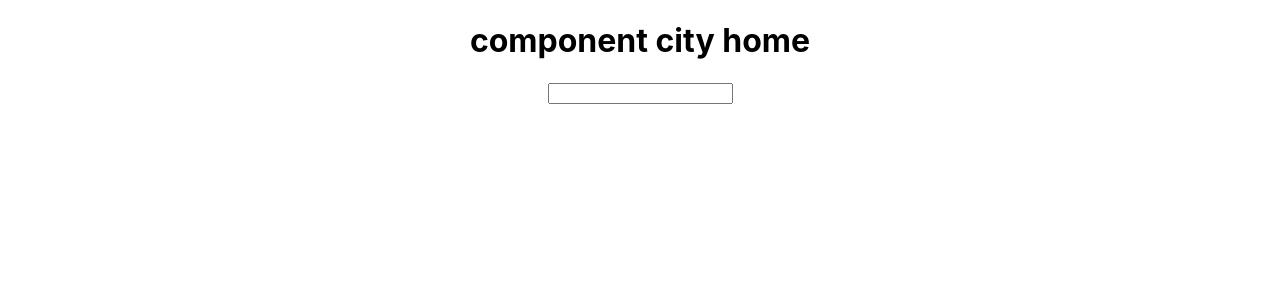
Repository: julieLyM/app-weather
Page: / (app in client/)
The author's editor kept a copy of each file at every save. The page is drawn from the files as they stood at one save, then again after the next save.
The browser window is 1280 px wide. The pictures show the whole page.
The project was rebuilt for these pictures with package versions that can differ from the ones it lists, and the page was loaded fresh each time.

Above is the page before, as saved 2020-08-28 10:08:11.

After the next save:
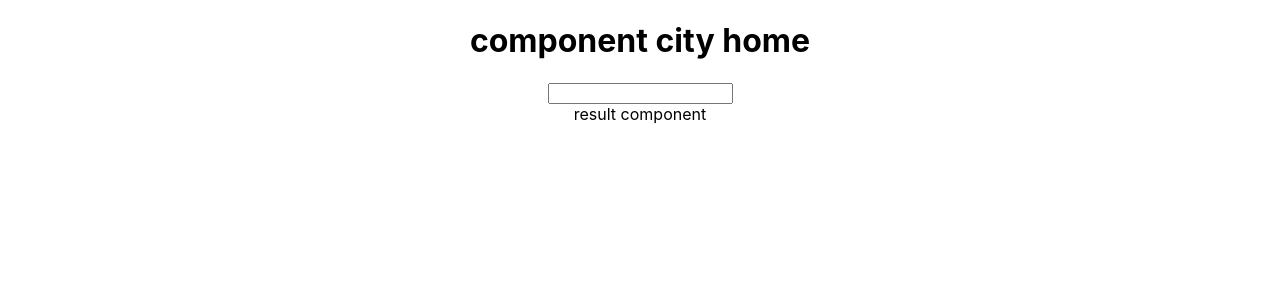
Saved 6 s later.
--- a/client/src/components/Results.js
+++ b/client/src/components/Results.js
@@ -1,5 +1,5 @@
 import React from 'react';
 
 export const Results = () => {
-  return <div></div>;
+  return <div>result component</div>;
 };
